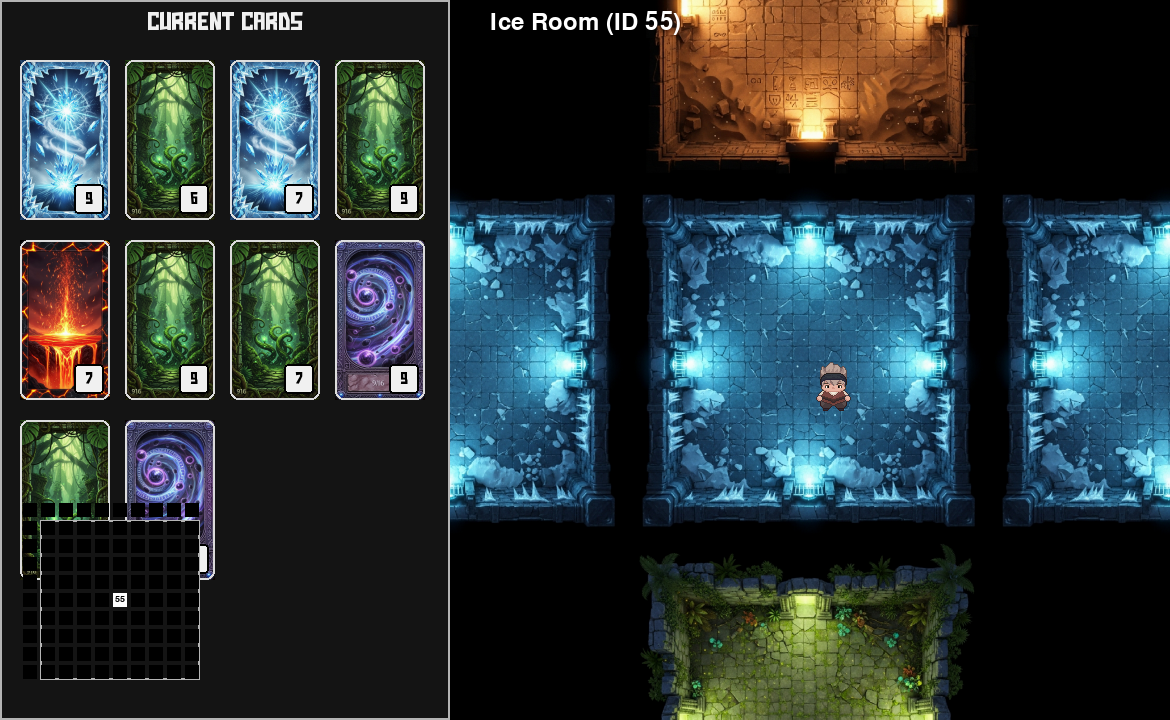
Repository: MehediMim/GateBound
Script's output: python main.py
The author's editor kept a copy of each file at every save. The script's output is drawn from the files as they stood at one save, then again after a run of saves.
The window is shown after at most 60 frames with no key pressed. Random numbers start from a fixed seed. It also reads assets/bg_arcane.png, assets/bg_desert.png, assets/bg_ice.png, assets/bg_jungle.png, assets/bg_volcanic.png, assets/card_arcane.jpeg, assets/card_desert.jpeg, assets/card_ice.jpeg, assets/card_jungle.jpeg, assets/card_volcanic.jpeg, assets/player_idle.png, assets/player_walk.png and 1 more files.

Above is the script's output before, as saved 2026-01-26 23:45:46.

After the next 2 saves:
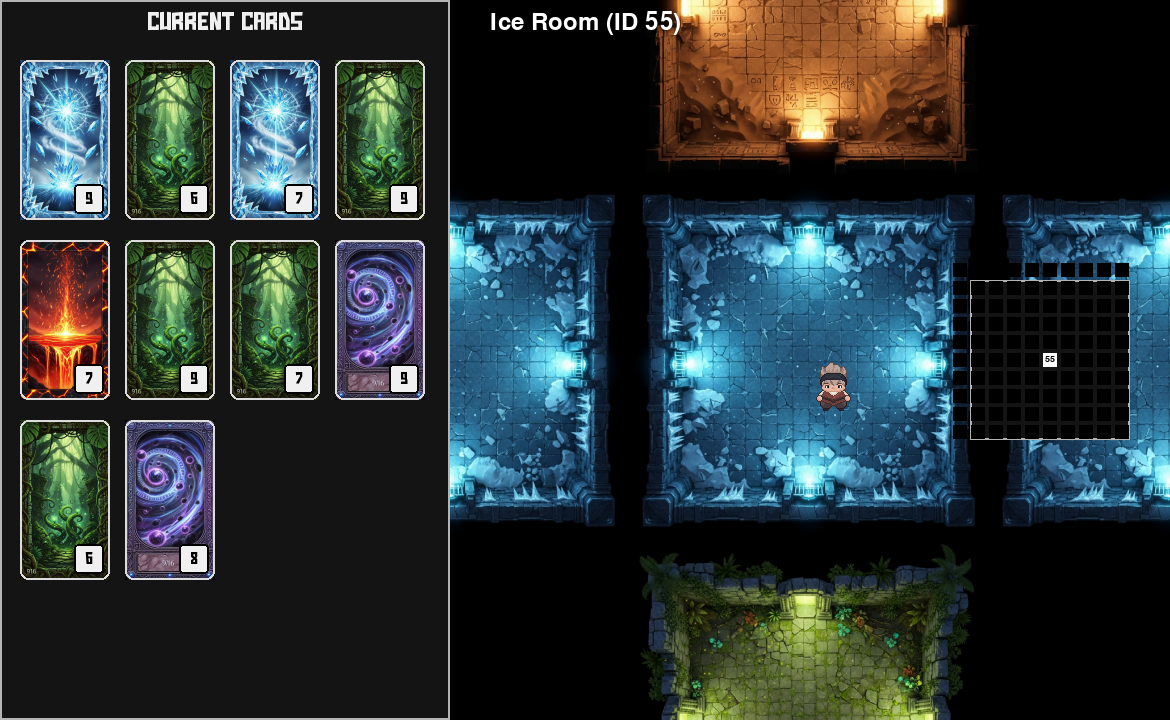
The 2 saves are shown as one change because they came seconds apart.
The last was saved 2 min 8 s later.
--- a/main.py
+++ b/main.py
@@ -664,8 +664,8 @@ def get_next_room_type(d):
 
 def draw_minimap():
     panel_size = 160
-    panel_x = 40
-    panel_y = SCREEN_HEIGHT - panel_size - 40
+    panel_x = SCREEN_WIDTH - panel_size - 40
+    panel_y = (SCREEN_HEIGHT - panel_size) // 2
 
     node = 14
     gap = 4
